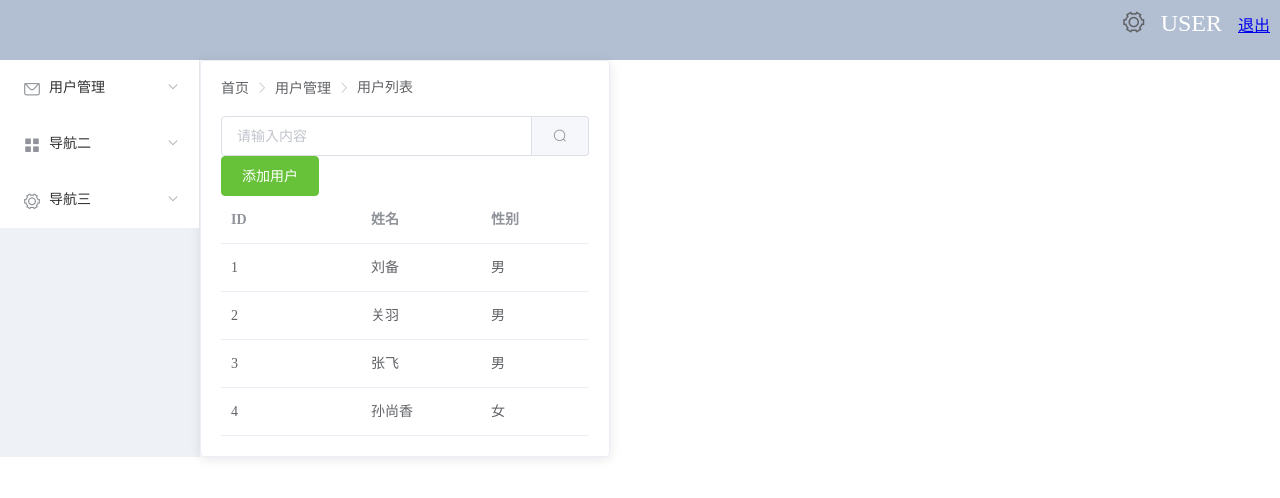
Repository: euphor1azzy/testlist
Page: /#/users (app in list/)
These files come from the project's save history. The page is drawn as it stood at one moment and after the next save; the edit follows.
The browser window is 1280 px wide. The pictures show the whole page.
The project was rebuilt for these pictures with package versions that can differ from the ones it lists, and the page was loaded fresh each time. Requests to the local data server were answered from the project's data file. Also part of the build but not shown: list/src/views/login/login.vue.

Above is the page before, as saved 2020-08-25 17:39:38.

### list/src/main.js
// 引入组件
import Vue from 'vue'
import ElementUI from 'element-ui';
import App from './App.vue'
import router from './router'
import MyHttpServer from './plugins/http'
Vue.use(router);


// 引入css文件
import './assets/css/reset.css'
import 'element-ui/lib/theme-chalk/index.css';


//使用插件
Vue.use(ElementUI)
Vue.use(MyHttpServer)
Vue.config.productionTip = false


new Vue({
    el: '#app',
    router,
    render: h => h(App)
}).$mount('#app')

### list/src/App.vue
<template>
  <div id="app" >

    <router-view></router-view>
  </div>
</template>

<script>

</script>

<style>
#app{

  height:100vh
}
</style>

### list/src/router/index.js
import Vue from 'vue'
import Router from 'vue-router'
import Home from '../views/home.vue'
import Login from '../views/login/login.vue'
import Users from '../components/users/users.vue'



Vue.use(Router);



export default new Router({
    routes: [{
            path: '/',
            name: 'Home',
            component: Home,
            children: [{
                name: 'Users',
                path: 'users',
                component: Users
            }]

        },
        {
            name: 'Login',
            path: '/login',
            component: Login
        }
    ]
});

### list/src/plugins/http.js
//将axios改为插件
import axios from 'axios'
const MyHttpServer = {}


MyHttpServer.install = (Vue) => {
    axios.defaults.baseURL = 'http://localhost:8888/api/private/v1/'

    // 添加实例方法
    Vue.prototype.$http = axios

}

export default MyHttpServer

### list/src/assets/css/reset.css
/*! minireset.css v0.0.2 | MIT License | github.com/jgthms/minireset.css */

html,
body,
p,
ol,
ul,
li,
dl,
dt,
dd,
blockquote,
figure,
fieldset,
legend,
textarea,
pre,
iframe,
hr,
h1,
h2,
h3,
h4,
h5,
h6 {
    /* height: 100%; */
    margin: 0;
    padding: 0;
}

h1,
h2,
h3,
h4,
h5,
h6 {
    font-size: 100%;
    font-weight: normal;
}

ul {
    list-style: none;
}

button,
input,
select,
textarea {
    margin: 0;
}

html {
    box-sizing: border-box;
}

* {
    box-sizing: inherit;
}

*:before,
*:after {
    box-sizing: inherit;
}

img,
embed,
object,
audio,
video {
    height: auto;
    max-width: 100%;
}

iframe {
    border: 0;
}

table {
    border-collapse: collapse;
    border-spacing: 0;
}

td,
th {
    padding: 0;
    text-align: left;
}

### list/src/views/home.vue
<template>

  <div class="con">
    <!-- 头部 -->
    <v-appnav></v-appnav>
     <!-- 侧边栏 -->

    <v-appslider></v-appslider>

    <!-- 内容 -->
   <!-- <v-list></v-list> -->
   <!-- <el-main class="main"> -->
     <router-view></router-view>
   <!-- </el-main> -->

  </div>
</template>

<script>
// 导入组件

import AppNav from "../components/common/appnav";
import AppSlider from "../components/common/appslider";
// import List from "../components/list/list";

export default {
  name: "Home",
  // 注册组件
  components: {
    "v-appnav": AppNav,
    "v-appslider": AppSlider,
    // "v-list": List,
  },
};
</script>

<style>
.con {
  /* height: 100%; */
  display: flex;
  flex: auto;
  flex-flow: row wrap;
  justify-content: flex-start;
}
</style>

### list/src/components/users/users.vue
<template>
  <el-card class="box-card">
    <!-- 面包屑 -->
    <el-breadcrumb separator-class="el-icon-arrow-right">
      <!-- <el-breadcrumb-item :to="{ path: '/' }">首页</el-breadcrumb-item> -->
      <el-breadcrumb-item>首页</el-breadcrumb-item>
      <el-breadcrumb-item>用户管理</el-breadcrumb-item>
      <el-breadcrumb-item>用户列表</el-breadcrumb-item>
    </el-breadcrumb>

    <!-- 搜索 -->
    <el-row class="searchC">
      <el-col>
        <el-input placeholder="请输入内容" v-model="query" class="inputSearch">
          <el-button slot="append" icon="el-icon-search"></el-button>
        </el-input>
        <el-button type="success">添加用户</el-button>
      </el-col>
    </el-row>
    <!-- 表格 -->
    <el-table :data="items">
      <el-table-column prop="id" label="ID" width="140"></el-table-column>
      <el-table-column prop="name" label="姓名" width="120"></el-table-column>
      <el-table-column prop="gender" label="性别"></el-table-column>
    </el-table>
  </el-card>
</template>

<script>

    import axios from 'axios'
export default {
created() {
    this.loadData();
  },
  methods: {
    loadData() {
      axios.get("http://localhost:3000/heroes").then((res) => {
        this.items = res.data;
      });
    },
  },
  name: "list",
  data() {
    return {
        query:'',
      items: [],
      name: "",
      gender: "",
    };
  },
}
</script>

<style>
.box-card {
  height: 100%;
  width: calc(100%-200px);
}
.inputSearch {
  width: 300px;
}
.searchC {
  margin-top: 20px;
}
</style>

### list/src/components/common/appnav.vue
<template>
  <el-header class="nav">
    <el-dropdown>
      <i class="el-icon-setting" style="margin-right: 15px"></i>
      <el-dropdown-menu slot="dropdown">
        <el-dropdown-item>查看</el-dropdown-item>
        <el-dropdown-item>新增</el-dropdown-item>
        <el-dropdown-item>删除</el-dropdown-item>
      </el-dropdown-menu>
    </el-dropdown>
    <span>USER</span>
    <router-link to="/login" style="padding-left:16px;font-size:16px"
      >退出</router-link
    >
  </el-header>
</template>

<script>
export default {
  name: "AppNav",
};
</script>

<style scoped>

.nav {
  padding: 10px;
  text-align: right;
  font-size: 24px;
  width: 100%;
  color: #fff;
  background-color: #b2bfd2;
}
.el-icon-setting::before {
  font-size: 24px;
}
</style>

### list/src/components/common/appslider.vue
<template>
   <!-- <el-container style="height: 100%; border: 1px solid #eee"> -->
      <el-aside width="200px" style="background-color: rgb(238, 241, 246)">
        <el-menu :unique-opened="true"
        :router="true">
          <el-submenu index="1">
            <template slot="title">
              <i class="el-icon-message"></i>用户管理
            </template>
            <el-menu-item-group>
              <template slot="title">分组一</template>
              <el-menu-item index="users">用户列表</el-menu-item>
              <el-menu-item index="1-2">用户设置</el-menu-item>
            </el-menu-item-group>
            <el-menu-item-group title="分组2">
              <el-menu-item index="1-3">选项3</el-menu-item>
            </el-menu-item-group>
            <el-submenu index="1-4">
              <template slot="title">选项4</template>
              <el-menu-item index="1-4-1">选项4-1</el-menu-item>
            </el-submenu>
          </el-submenu>
          <el-submenu index="2">
            <template slot="title">
              <i class="el-icon-menu"></i>导航二
            </template>
            <el-menu-item-group>
              <template slot="title">分组一</template>
              <el-menu-item index="2-1">选项1</el-menu-item>
              <el-menu-item index="2-2">选项2</el-menu-item>
            </el-menu-item-group>
            <el-menu-item-group title="分组2">
              <el-menu-item index="2-3">选项3</el-menu-item>
            </el-menu-item-group>
            <el-submenu index="2-4">
              <template slot="title">选项4</template>
              <el-menu-item index="2-4-1">选项4-1</el-menu-item>
            </el-submenu>
          </el-submenu>
          <el-submenu index="3">
            <template slot="title">
              <i class="el-icon-setting"></i>导航三
            </template>
            <el-menu-item-group>
              <template slot="title">分组一</template>
              <el-menu-item index="3-1">选项1</el-menu-item>
              <el-menu-item index="3-2">选项2</el-menu-item>
            </el-menu-item-group>
            <el-menu-item-group title="分组2">
              <el-menu-item index="3-3">选项3</el-menu-item>
            </el-menu-item-group>
            <el-submenu index="3-4">
              <template slot="title">选项4</template>
              <el-menu-item index="3-4-1">选项4-1</el-menu-item>
            </el-submenu>
          </el-submenu>
        </el-menu>
      </el-aside>
   <!-- </el-container> -->
</template>

<script>
export default {

}
</script>

<style>

</style>

### list/server/db.json
{
    "users": [{
            "id": 1,
            "name": "abc",
            "age": 18,
            "gender": "男"
        },
        {
            "id": 2,
            "name": "SDSA",
            "age": 18,
            "gender": "男"
        },
        {
            "id": 3,
            "name": "SDSD",
            "age": 18,
            "gender": "女"
        },
        {
            "id": 4,
            "name": "FSAFA",
            "age": 18,
            "gender": "男"
        }
    ],
    "heroes": [{
        "id": 1,
        "name": "刘备",
        "gender": "男"
    }, {
        "id": 2,
        "name": "关羽",
        "gender": "男"
    }, {
        "id": 3,
        "name": "张飞",
        "gender": "男"
    }, {
        "id": 4,
        "name": "孙尚香",
        "gender": "女"
    }]
}

Loaded but not shown: list/public/index.html (common file)

After the next save:
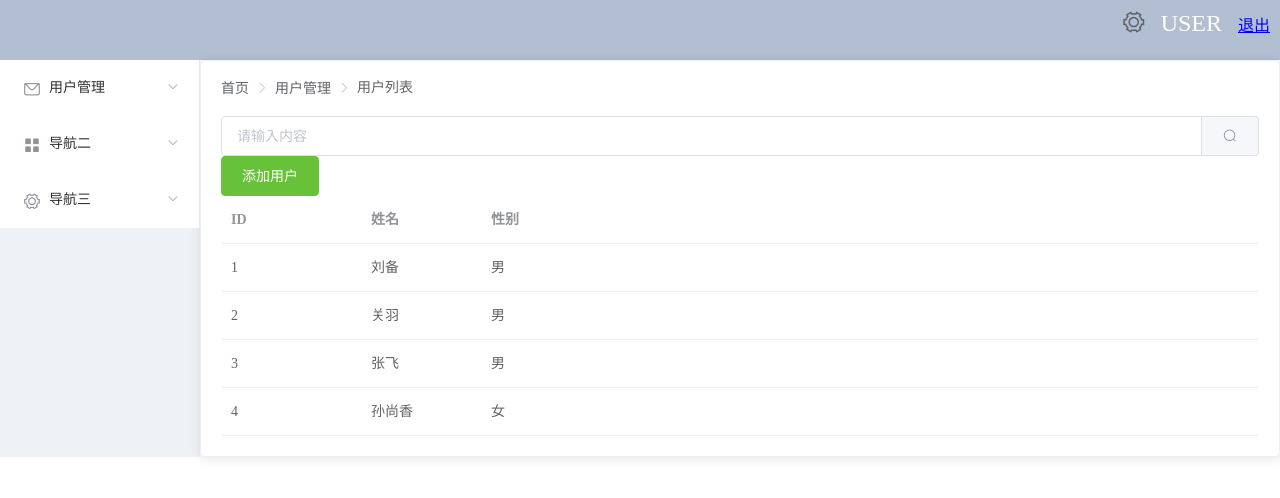
Saved 5 min 54 s later.
--- a/list/src/components/users/users.vue
+++ b/list/src/components/users/users.vue
@@ -55,7 +55,7 @@ created() {
 <style>
 .box-card {
   height: 100%;
-  width: calc(100%-200px);
+  width: calc(100% - 200px);
 }
 .inputSearch {
   width: 300px;
